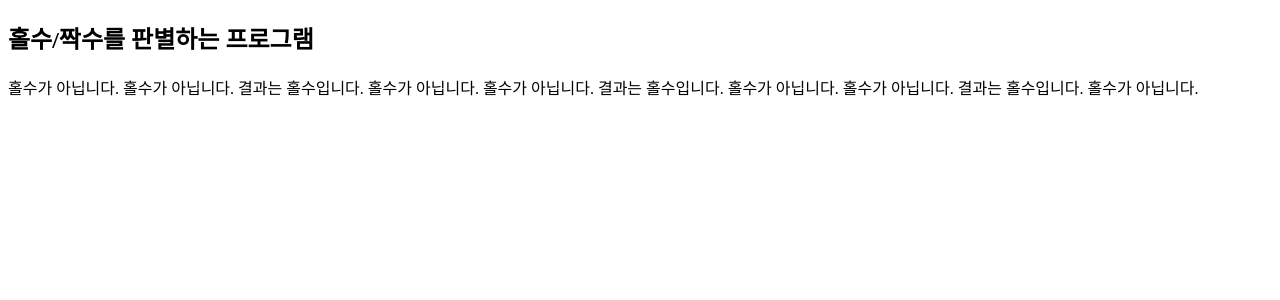
Repository: Kongnamu/JSPworks
Page: http://localhost/jwbook/ch01/expression1.jsp
The author's editor kept a copy of each file at every save. The page is drawn from the files as they stood at one save, then again after the next save.
The browser window is 1280 px wide. The pictures show the whole page.
The page is served by Tomcat 9. Other server files are loaded and not shown.

Above is the page before, as saved 2023-11-20 05:10:50.

### jwbook/src/main/webapp/ch01/expression1.jsp
<%@ page language="java" contentType="text/html; charset=UTF-8"
    pageEncoding="UTF-8"%>
<!DOCTYPE html>
<html>
<head>
<meta charset="UTF-8">
<title>실습 예제</title>
</head>
<body>
	<h2>홀수/짝수를 판별하는 프로그램</h2>
	<%
		int num = 2;
		for(int i = 1; i <= 10; i++){
			if(i % 3 ==0){
				out.println("결과는 홀수입니다.");
			}else{
				out.println("홀수가 아닙니다.");
			}
		}
	%>
</body>
</html>

After the next save:
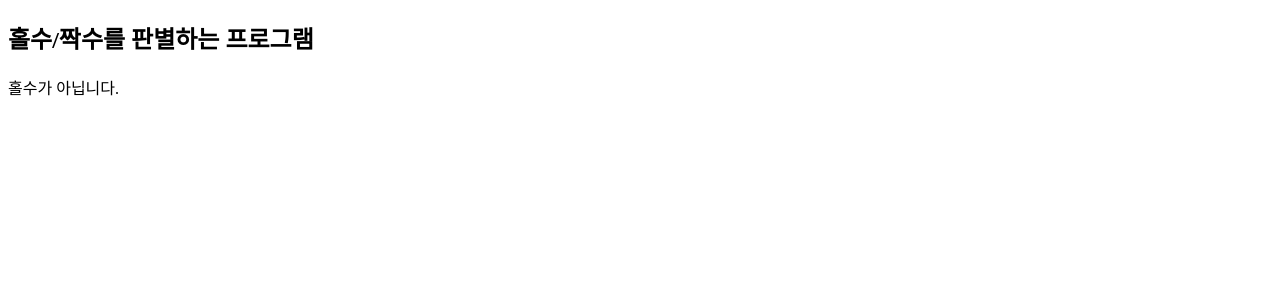
Saved 26 s later.
--- a/jwbook/src/main/webapp/ch01/expression1.jsp
+++ b/jwbook/src/main/webapp/ch01/expression1.jsp
@@ -10,13 +10,12 @@
 	<h2>홀수/짝수를 판별하는 프로그램</h2>
 	<%
 		int num = 2;
-		for(int i = 1; i <= 10; i++){
-			if(i % 3 ==0){
+			if(num % 3 ==0){
 				out.println("결과는 홀수입니다.");
 			}else{
 				out.println("홀수가 아닙니다.");
 			}
-		}
+
 	%>
 </body>
 </html>
